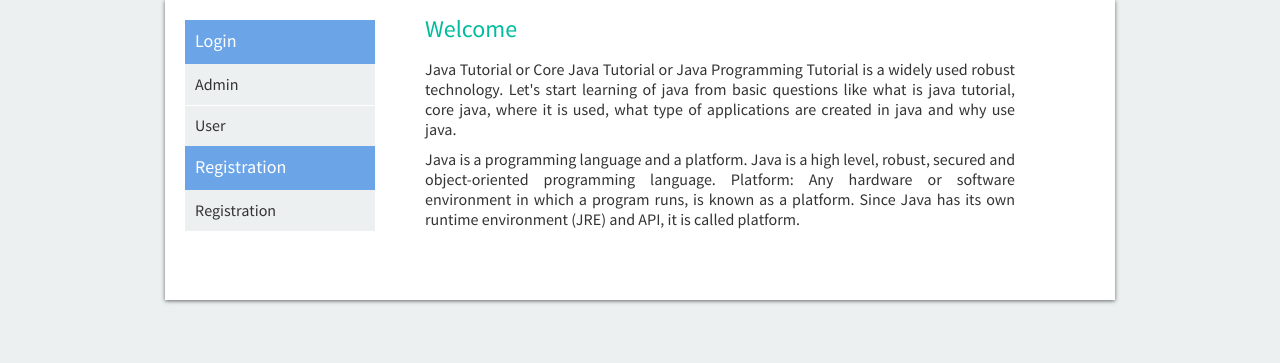
Repository: Dipak27/Dipak-s-front-end
Page: http://localhost/Traning_Management/
An editor plug-in stored every save of this project. The page is shown before and after the next save, followed by the edit.
The browser window is 1280 px wide. The pictures show the whole page.
The page is served by Tomcat 9.

Above is the page before, as saved 2016-11-09 04:10:33.

After the next save:
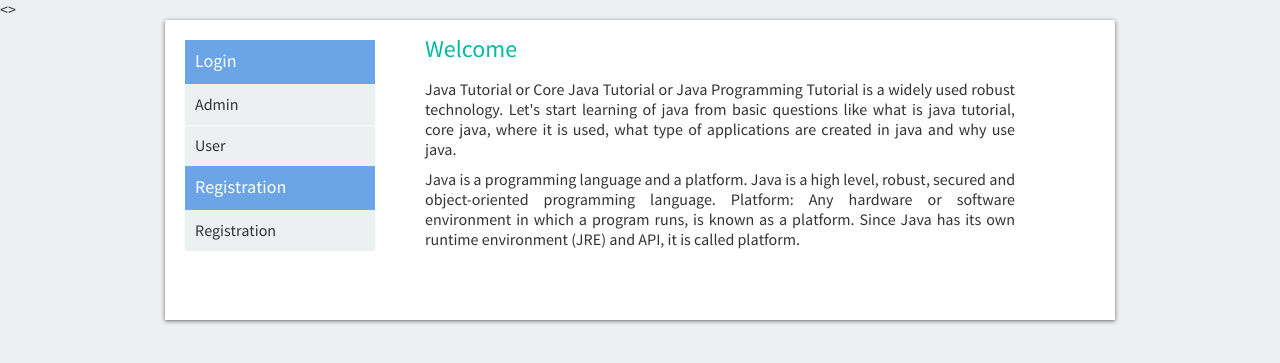
Saved 105 s later.
--- a/Training Management Project/Traning_Management/src/main/webapp/index.jsp
+++ b/Training Management Project/Traning_Management/src/main/webapp/index.jsp
@@ -17,10 +17,10 @@
 		var relTag = "home";
 		</script>
 	</head>
-<body>
+<body ng-app="" ng-controller="">
 
 
-
+	<>
 	<!-- CONTENTS START -->
 	<div class="container_24">
 		<div class="grid_24">
